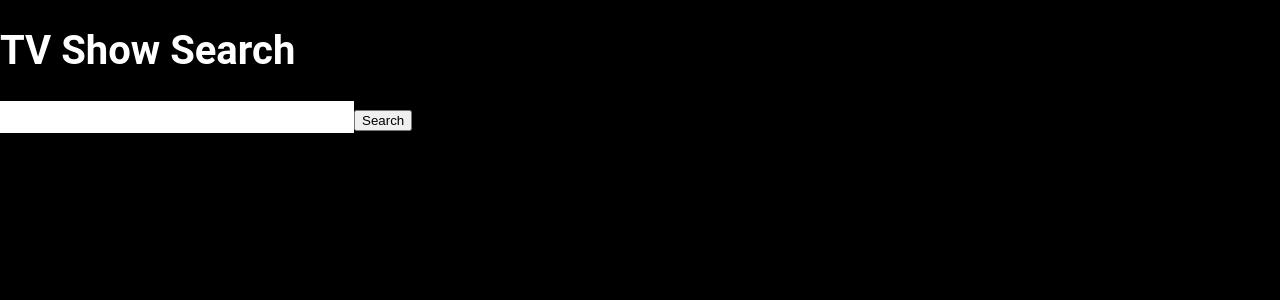
Repository: shayanabedi98/tv-search-react
Page: /
The author's editor kept a copy of each file at every save. The page is drawn from the files as they stood at one save, then again after the next save.
The browser window is 1280 px wide. The pictures show the whole page.
The project was rebuilt for these pictures with package versions that can differ from the ones it lists, and the page was loaded fresh each time. Also part of the build but not shown: vite.config.js.

Above is the page before, as saved 2024-01-02 02:28:56.

### index.html
<!doctype html>
<html lang="en">
  <head>
    <meta charset="UTF-8" />
    <link rel="icon" type="image/svg+xml" href="https://www.svgrepo.com/show/503669/tv.svg" />
    <meta name="viewport" content="width=device-width, initial-scale=1.0" />
    <title>TV Show Search | React</title>
  </head>
  <body>
    <div id="root"></div>
    <script type="module" src="/src/main.jsx"></script>
  </body>
</html>

### src/App.jsx
import { useState } from "react";
import { v4 as uuid } from "uuid";
import List from "./List";
import Search from "./Search";

function App() {
  const [input, setInput] = useState();
  const [showList, setShowList] = useState([]);

  const fetchShow = async () => {
    try {
      if (input) {
        const response = await fetch(
          `https://api.tvmaze.com/search/shows?q=${input}`
        );
        const responseJson = await response.json();
        let newList = [];
        for (let i = 0; i < responseJson.length; i++) {
          if (responseJson[i].show.image) {
            newList.push({
              id: uuid(),
              name: responseJson[i].show.name,
              img: responseJson[i].show.image.medium,
              language: responseJson[i].show.language,
              rating: responseJson[i].show.rating.average,
            });
          }
        }
        setShowList(newList);
        console.log(responseJson);
      }
    } catch (err) {
      console.log(err);
    }
  };

  const handleChange = (e) => {
    setInput(e.target.value);
  };

  return (
    <div>
      <Search fetchShow={fetchShow} input={input} handleChange={handleChange} />
      <List showList={showList} />
    </div>
  );
}

export default App;

### src/index.css
@import url('https://fonts.googleapis.com/css2?family=Inter:wght@600&display=swap');

body {
  font-family: 'Roboto', sans-serif;
  margin: 0;
  padding: 0;
  background-color: black;
  color: white;
}

.search h1 {
  font-size: 40px;
}

.search input {
  border: none;
  height: 30px;
  width: 350px;
  font-size: 26px;
  outline: none;
}

.search input:focus {
  outline: 2px grey solid;
}

.search button {

}

### src/List.jsx
import React from "react";

const List = ({ showList }) => {
  return (
    <div className="list">
      {showList.length > 0 &&
        showList.map((show) => {
          return (
            <div className="card" key={show.id}>
              <h2>{show.name}</h2>
              <img src={show.img} alt={`cover photo of ${show.name}`} />
              <p>
                <span>Language: </span>
                {show.language}
              </p>
              <p>{show.rating ? `Rating: ${show.rating}⭐` : "Rating: N/A"}</p>
            </div>
          );
        })}
    </div>
  );
};

export default List;

### src/Search.jsx
import React from "react";

const Search = ({ fetchShow, input, handleChange }) => {
  return (
    <div className="search">
        <h1>TV Show Search</h1>
      <div className="search-bar">
        <input
          required
          type="text"
          onKeyDown={(e) => e.key === "Enter" && fetchShow()}
          onChange={handleChange}
          value={input}
        />
        <button onClick={fetchShow}>Search</button>
      </div>
    </div>
  );
};

export default Search;

Loaded but not shown: src/main.jsx (common file)

After the next save:
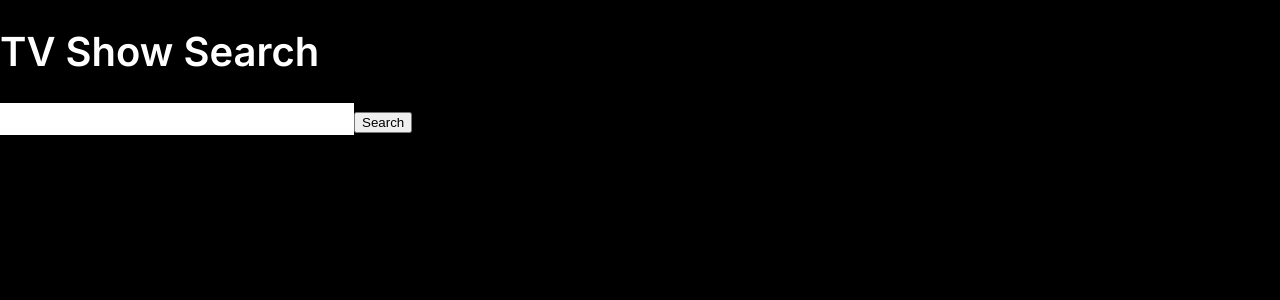
Saved 8 s later.
--- a/src/index.css
+++ b/src/index.css
@@ -1,7 +1,7 @@
 @import url('https://fonts.googleapis.com/css2?family=Inter:wght@600&display=swap');
 
 body {
-  font-family: 'Roboto', sans-serif;
+  font-family: 'Inter', sans-serif;
   margin: 0;
   padding: 0;
   background-color: black;
